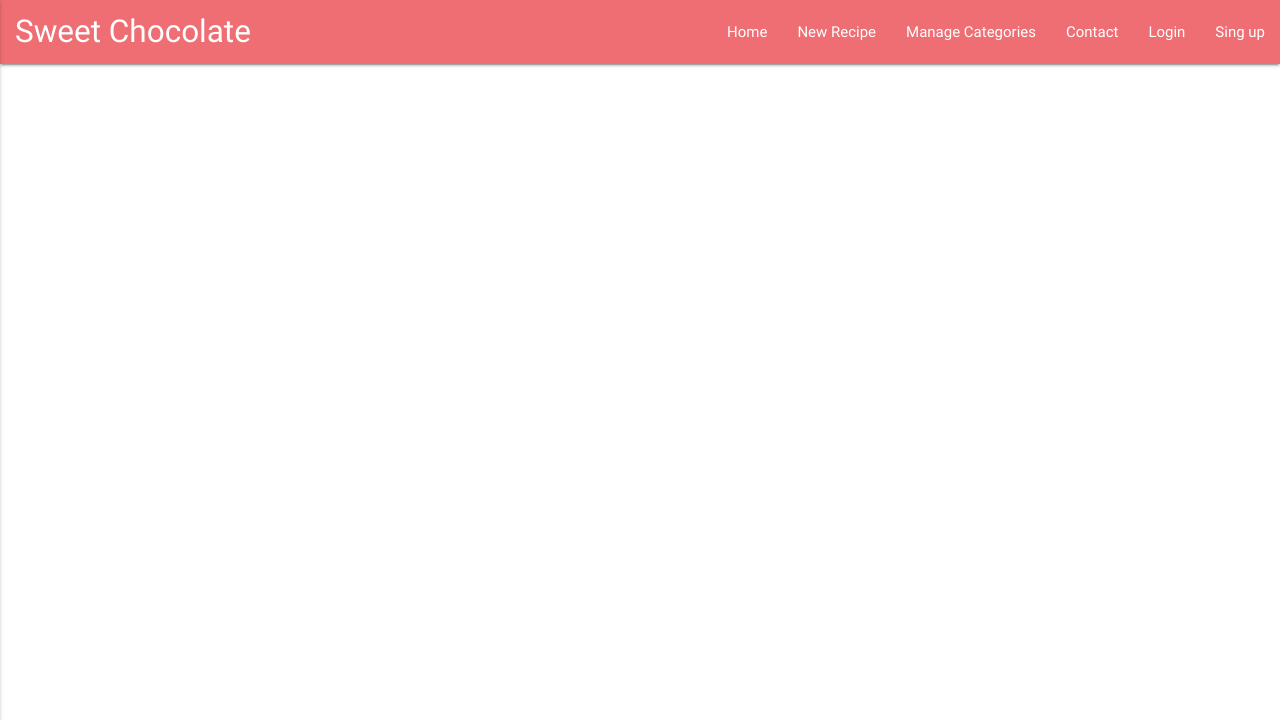
Repository: Dreeaml/Sweet-Chocolate
Page: templates/base.html
The author's editor kept a record of every edit. The page is drawn from the files as they stood at one moment, then again after the next edit.
The browser window is 1280 px wide. The pictures show the whole page.
Some web libraries are served in a nearby version. The template is drawn by Flask 3. The application's start-up code is not run. Other server files are loaded and not shown. The template is opened directly, without the code that normally fills it, so the values that code supplies are empty.

Above is the page before.

### templates/base.html
<!DOCTYPE html>
<html>

<head>
    <link href="https://fonts.googleapis.com/icon?family=Material+Icons" rel="stylesheet">
    <link rel="stylesheet" href="https://cdnjs.cloudflare.com/ajax/libs/materialize/0.100.2/css/materialize.min.css">
    <link rel="stylesheet" href="{{url_for('static', filename='css/style.css')}}" type="text/css" />
</head>

<body>
    <header>
        <nav>
            <div class="nav-wrapper">
              <a href="#" class="brand-logo">Sweet Chocolate</a>
              <a href="#" data-activates="mobile-demo" class="button-collapse"><i class="material-icons">menu</i></a>
              <ul id="nav-mobile" class="right hide-on-med-and-down">
                    <li><a href="{{url_for('get_tasks')}}">Home</a></li>
                    <li><a href="{{url_for('add_task')}}">New Recipe</a></li>
                    <li><a href="{{url_for('get_categories')}}">Manage Categories</a></li>
                    <li><a href="{{url_for('add_task')}}">Contact</a></li>
                    <li><a href="{{url_for('add_task')}}">Login</a></li>
                    <li><a href="{{url_for('add_task')}}">Sing up</a></li>
                </ul>
                <ul class="side-nav" id="mobile-demo">
                    <li><a href="{{url_for('get_tasks')}}">Home</a></li>
                    <li><a href="{{url_for('add_task')}}">New Recipe</a></li>
                    <li><a href="{{url_for('get_categories')}}">Manage Categories</a></li>
                    <li><a href="{{url_for('add_task')}}">Contact</a></li>
                    <li><a href="{{url_for('add_task')}}">Login</a></li>
                    <li><a href="{{url_for('add_task')}}">Sing up</a></li>
                </ul>
            </div>
        </nav>
    </header>
    <div class="container">
        {% block content %} {% endblock %}
    </div>
    <script src="https://cdnjs.cloudflare.com/ajax/libs/jquery/3.2.1/jquery.min.js"></script>
    <script src="https://cdnjs.cloudflare.com/ajax/libs/materialize/0.100.2/js/materialize.min.js"></script>
    <script type="text/javascript">
        $(document).ready(function() {
            $('.collapsible').collapsible();
            $('select').material_select();
            $(".button-collapse").sideNav();
        });
    </script>
</body>

</html>

### static/css/style.css
body {
  background-repeat: no-repeat;
}

h5{
    font-size: 20px;
    font-weight: 1000;
}
nav .nav-wrapper {
    position: relative;
    height: 100%;
    padding-left: 15px;
}
.card {
    background-color: #f3c4c6e0;
  box-shadow: 0 4px 8px 0 rgba(0,0,0,0.2);
  position: relative;
    border-radius: 2px;
}

.card:hover {
  box-shadow: 0 8px 16px 0 rgba(0,0,0,0.2);
}
.page-footer{
    padding: 2%;
}
.fa {
  padding: 20px;
  font-size: 30px;
  width: 30px;
  text-align: center;
  text-decoration: none;
  margin: 5px 2px;
  border-radius: 50%;
}

.fa:hover {
    opacity: 0.7;
}

After the next edit:
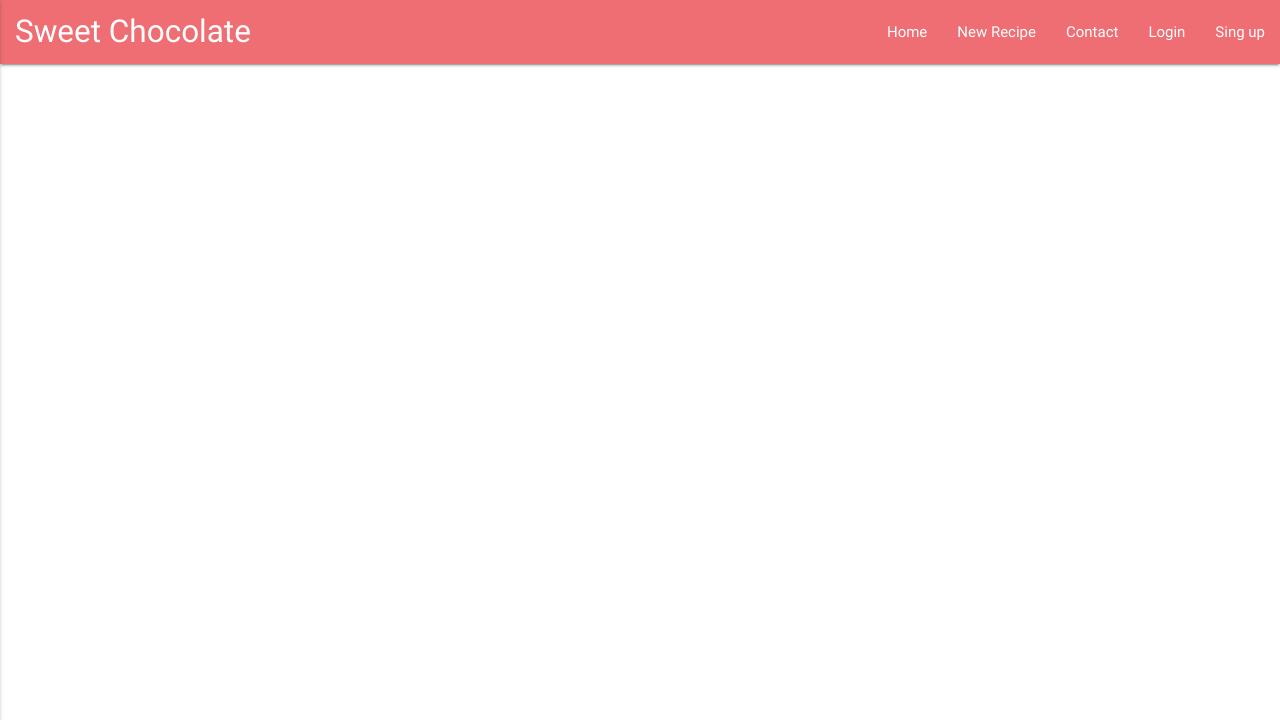
The edit:
--- a/templates/base.html
+++ b/templates/base.html
@@ -16,7 +16,6 @@
               <ul id="nav-mobile" class="right hide-on-med-and-down">
                     <li><a href="{{url_for('get_tasks')}}">Home</a></li>
                     <li><a href="{{url_for('add_task')}}">New Recipe</a></li>
-                    <li><a href="{{url_for('get_categories')}}">Manage Categories</a></li>
                     <li><a href="{{url_for('add_task')}}">Contact</a></li>
                     <li><a href="{{url_for('add_task')}}">Login</a></li>
                     <li><a href="{{url_for('add_task')}}">Sing up</a></li>
